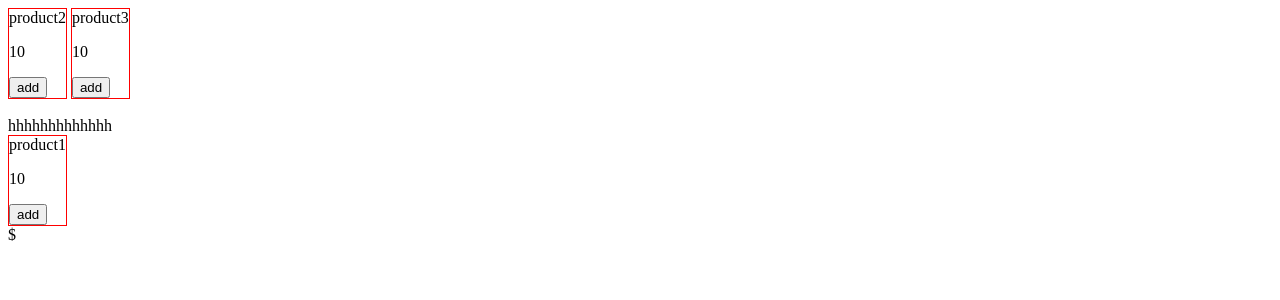
Repository: quynh232000/javascript-basic
Page: Lab5/demo.html
The author's editor kept a copy of each file at every save. The page is drawn from the files as they stood at one save, then again after the next save.
The browser window is 1280 px wide. The pictures show the whole page.
After loading, the first visible `button.btn` was clicked once.

Above is the page before, as saved 2023-07-27 23:13:54.

After the next save:
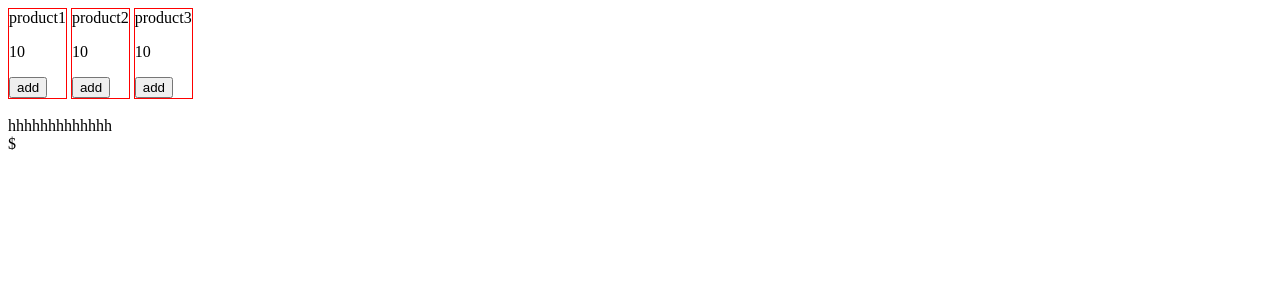
Console error (its wording comes from the project's code and is left out).
Saved 35 s later.
--- a/Lab5/demo.html
+++ b/Lab5/demo.html
@@ -64,7 +64,8 @@
         btn.addEventListener("click", () => {
           const item = btn.closest(".item");
           if (item) {
-            b.appendChild(item);
+            const itemCopy = item.cloneNode(true);
+            b.appendChild();
           }
         });
       });

After the save that followed:
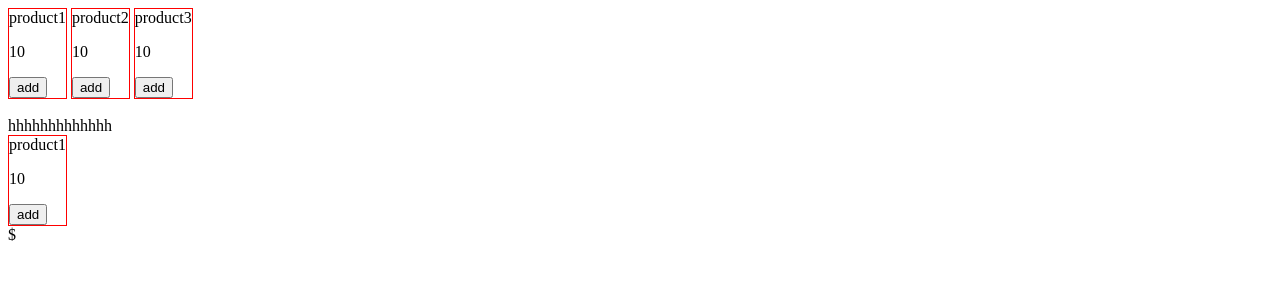
The error is gone.
Saved 5 s later.
--- a/Lab5/demo.html
+++ b/Lab5/demo.html
@@ -65,7 +65,7 @@
           const item = btn.closest(".item");
           if (item) {
             const itemCopy = item.cloneNode(true);
-            b.appendChild();
+            b.appendChild(itemCopy);
           }
         });
       });
